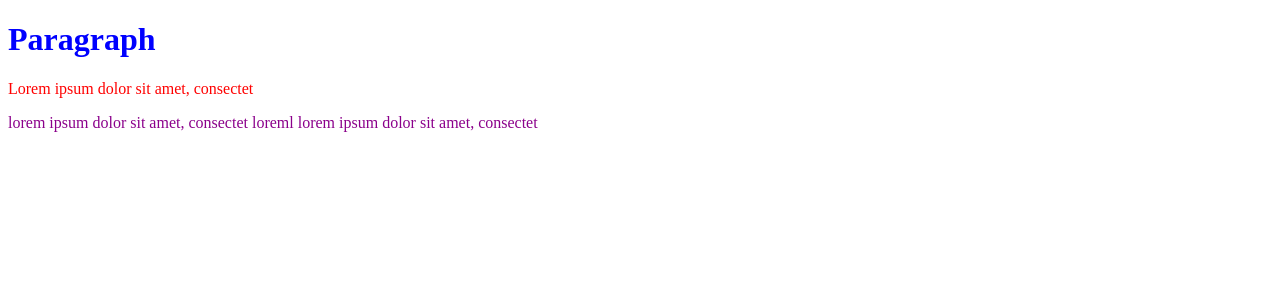
Repository: linas-dev/HTML-CSS-Projects
Page: Basic_HTML_and_CSS/Basic_HTML_3.html
These files come from the project's save history. The page is drawn as it stood at one moment and after the next save; the edit follows.
The browser window is 1280 px wide. The pictures show the whole page.

Above is the page before, as saved 2021-05-26 23:01:37.

### Basic_HTML_and_CSS/Basic_HTML_3.html
<!DOCTYPE html>
<html lang="en">
<head>
    <meta charset="UTF-8">
    <meta http-equiv="X-UA-Compatible" content="IE=edge">
    <meta name="viewport" content="width=device-width, initial-scale=1.0">
    <title>Document</title>
    <style>
        div p {
            color: red;
        }
        .newp {
            color: #8B008B;
            align: center;
        }
    </style>
</head>
<body>
    <div id="main" style="color: blue;">
        <h1>Paragraph</h1>
        <p>Lorem ipsum dolor sit amet, consectet</p>
    </div>

    <p class="newp">
        lorem ipsum dolor sit amet, consectet loreml lorem ipsum dolor sit amet, consectet</p>
    </p>
</body>
</html>

After the next save:
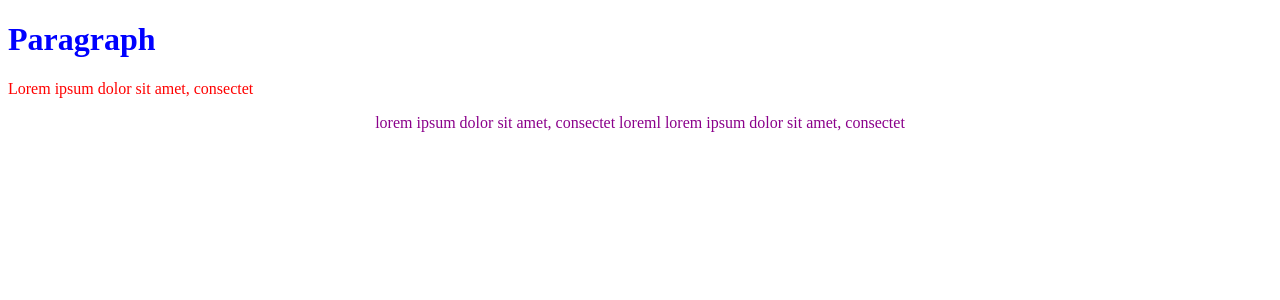
Saved 6 s later.
--- a/Basic_HTML_and_CSS/Basic_HTML_3.html
+++ b/Basic_HTML_and_CSS/Basic_HTML_3.html
@@ -11,7 +11,7 @@
         }
         .newp {
             color: #8B008B;
-            align: center;
+            text-align: center;
         }
     </style>
 </head>
